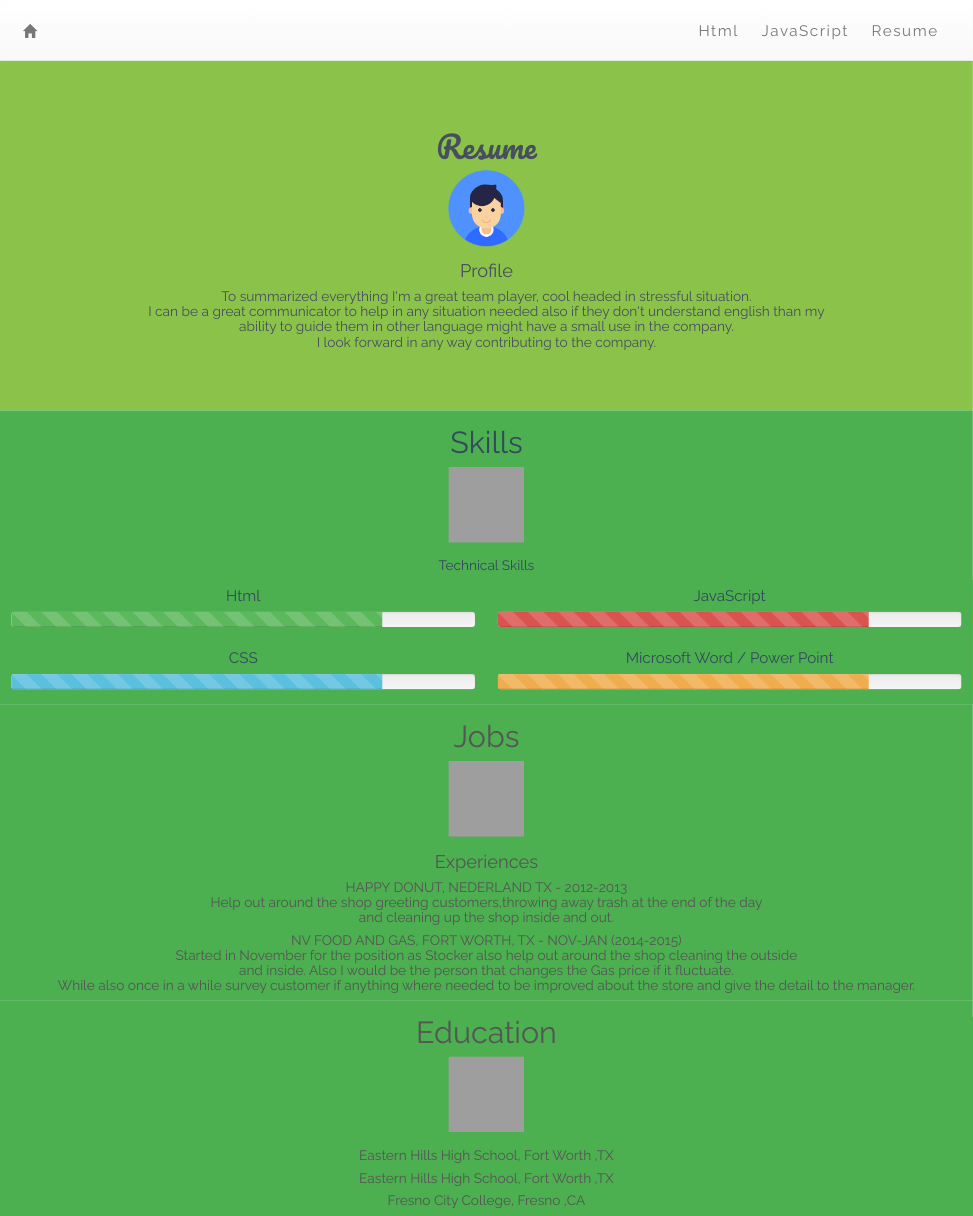
Repository: Milineam6162/workspace
Page: Resume/resume.html
The author's editor kept a record of every edit. The page is drawn from the files as they stood at one moment, then again after the next edit.
The browser window is 1280 px wide. The pictures show the whole page, at 76% of full size.
Pictures or frames that could not be fetched are drawn as grey boxes. Some web libraries are served in a nearby version.

Above is the page before.

After the next edit:
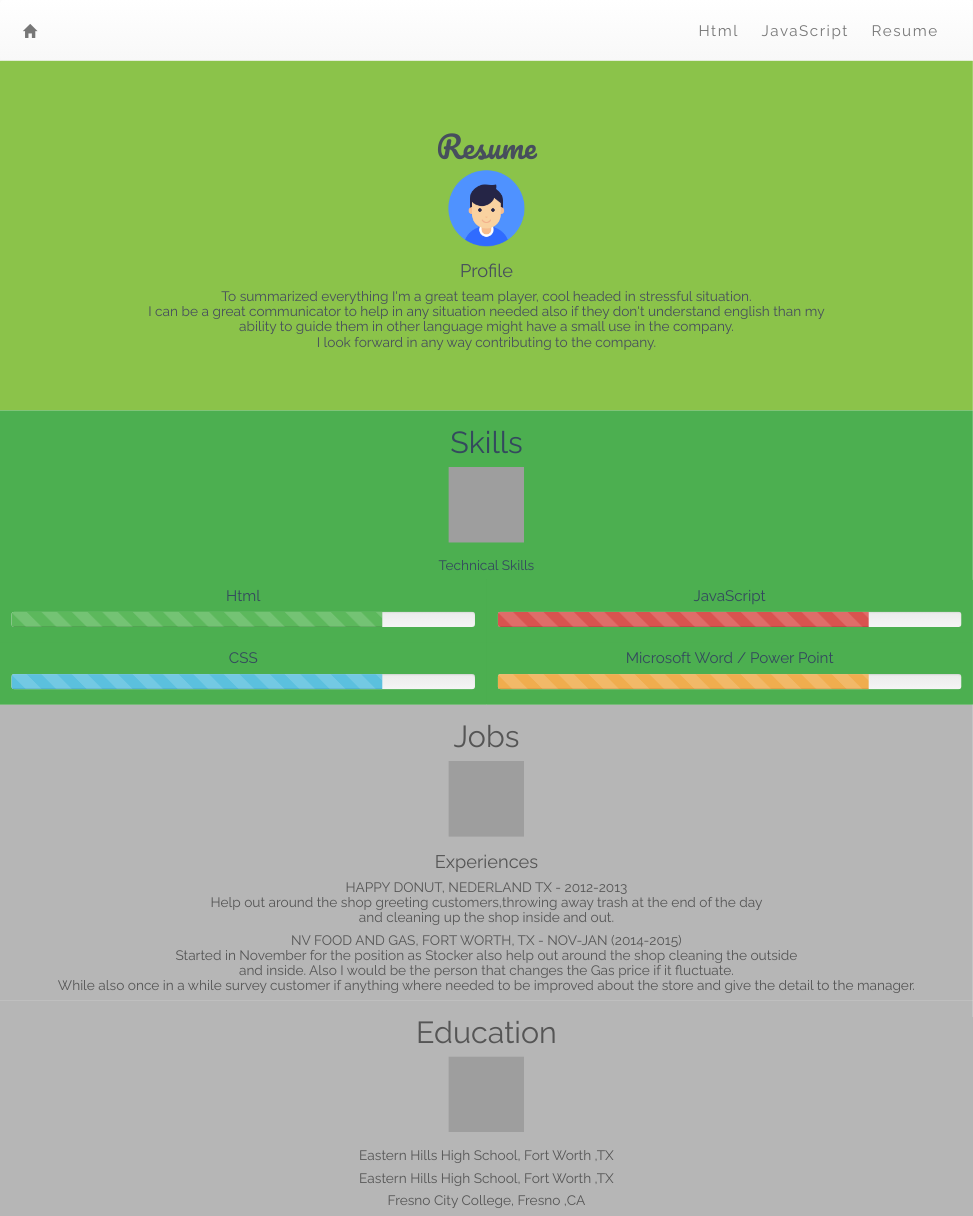
The edit:
--- a/Resume/resume.css
+++ b/Resume/resume.css
@@ -43,7 +43,7 @@
 
 }
 .bg-3 {
-      background-color: #4CAF50; /* White */
+      background-color: #B6B6B6; /* White */
       color: #555555;
       font-family:'Raleway', 'helvetica';
  }
